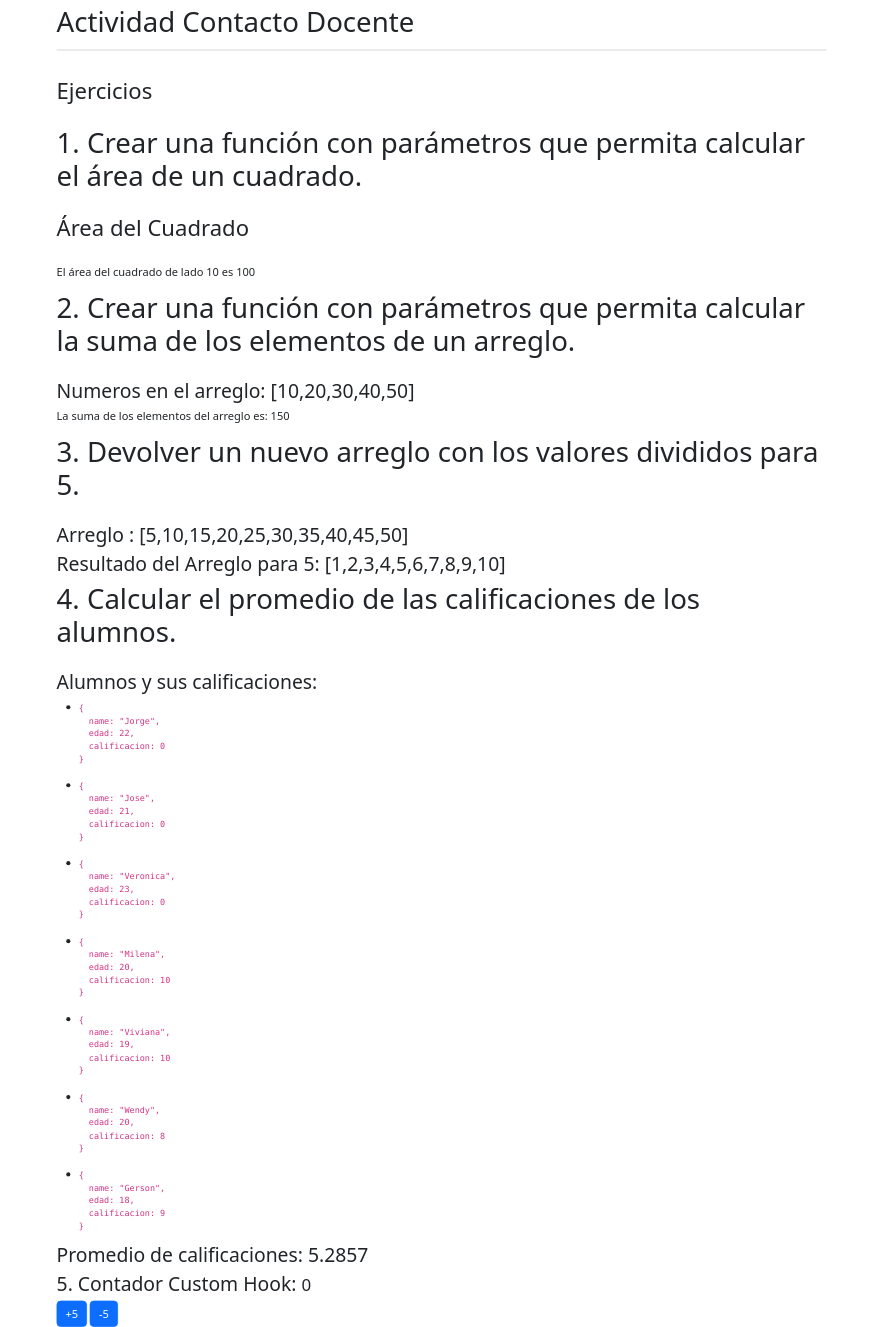
Repository: Jchimbo99/Actvidad1
Page: / (app in typescript-actividad/)
These files come from the project's save history. The page is drawn as it stood at one moment and after a run of saves; the edit follows.
The browser window is 1280 px wide. The pictures show the whole page, at 69% of full size.
The project was rebuilt for these pictures with package versions that can differ from the ones it lists, and the page was loaded fresh each time. Also part of the build but not shown: typescript-actividad/vite.config.ts.

Above is the page before, as saved 2025-01-24 17:55:01.

### typescript-actividad/index.html
<!doctype html>
<html lang="en">
  <head>
    <meta charset="UTF-8" />
    <link rel="icon" type="image/svg+xml" href="/vite.svg" />
    <meta name="viewport" content="width=device-width, initial-scale=1.0" />
    <link href="https://cdn.jsdelivr.net/npm/bootstrap@5.3.3/dist/css/bootstrap.min.css" rel="stylesheet" integrity="sha384-QWTKZyjpPEjISv5WaRU9OFeRpok6YctnYmDr5pNlyT2bRjXh0JMhjY6hW+ALEwIH" crossorigin="anonymous">

    <title>Activididad Jch</title>
  </head>
  <body class="container">
    <div id="root"></div>
    <script type="module" src="/src/main.tsx"></script>
  </body>
</html>

### typescript-actividad/src/App.tsx
import { ContadorCustomHook } from "./components/ContadorCustomHook";
import { AreaCuadrado } from "./typescript/AreaCuadrado";
import { SumaArreglo } from "./typescript/Arreglo";
import { ArreglosDivision } from "./typescript/ArreglosDivision";
import { PromedioCalificaciones } from "./typescript/PromedioCalificaciones";

export const App = () => {
  return (

    <div className="mt-2">
      <h1>Actividad Contacto Docente</h1>
      <hr />
      <br />
      <h2>Ejercicios</h2>
      <br />

      <AreaCuadrado/>

      <SumaArreglo/>
      <ArreglosDivision/>
      <PromedioCalificaciones/>
      <ContadorCustomHook/>
      </div>
  )
}


export default App;

### typescript-actividad/src/components/ContadorCustomHook.tsx
import { useCounter } from "../hooks/useCounter";

export const ContadorCustomHook = () => {

    //lamar custohok

    const {valor, contador}=useCounter(0);


return (
    <div>
    <h3>5. Contador Custom Hook: <small>{valor}</small>
    </h3>
    <button
        className="btn btn-primary"
        onClick={() => contador(5)}>+5
    </button>
    &nbsp;

    <button
        className="btn btn-primary"
        onClick={() => contador(-5)}>-5
    </button>
    &nbsp;
    </div>
);
};

### typescript-actividad/src/typescript/AreaCuadrado.tsx
export const AreaCuadrado = () => {
    const lado = 10;
    const area = lado * lado;

    return (
        <div>

            <h1>1.	Crear una función con parámetros que permita calcular el área de un cuadrado.</h1>
            <br />
            <h2>Área del Cuadrado</h2>
            <br />
            <p>El área del cuadrado de lado {lado} es {area}</p>

        </div>
    );
}

### typescript-actividad/src/typescript/Arreglo.tsx
export const SumaArreglo = () => {

    const numeros = [10, 20, 30, 40, 50];

    const calcularSuma = (numeros: number[]): number => {
        return numeros.reduce((total, numero) => total + numero, 0);
    }

    const totalSuma = calcularSuma(numeros);

    return (
        <div>
            <h1>2. Crear una función con parámetros que permita calcular la suma de los elementos de un arreglo.</h1>
            <br />
            <h3>Numeros en el arreglo: {JSON.stringify(numeros)}</h3>
            <p>La suma de los elementos del arreglo es: {totalSuma}</p>
        </div>
    );
}

### typescript-actividad/src/typescript/ArreglosDivision.tsx
export const ArreglosDivision = () => {
    const arreglo = [5, 10, 15, 20, 25, 30, 35, 40, 45, 50];

    const arregloDividido = arreglo.map((valor) => valor / 5);

    return (
        <div>
            <h1>3. Devolver un nuevo arreglo con los valores divididos para 5.</h1>
            <br />
            <h3>Arreglo : {JSON.stringify(arreglo)}</h3>
            <h3>Resultado del Arreglo para  5: {JSON.stringify(arregloDividido)}</h3>
        </div>
    );
}

### typescript-actividad/src/typescript/PromedioCalificaciones.tsx
interface Alumnos {
    name: string;
    edad: number;
    calificacion: number;
}

export const PromedioCalificaciones = () => {
    const alumnos: Alumnos[] = [
        {
            name: "Jorge",
            edad: 22,
            calificacion: 0,
        },
        {
            name: "Jose",
            edad: 21,
            calificacion: 0,
        },
        {
            name: "Veronica",
            edad: 23,
            calificacion: 0,
        },
        {
            name: "Milena",
            edad: 20,
            calificacion: 10,
        },
        {
            name: "Viviana",
            edad: 19,
            calificacion: 10,
        },
        {
            name: "Wendy",
            edad: 20,
            calificacion: 8,
        },
        {
            name: "Gerson",
            edad: 18,
            calificacion: 9,
        },
    ];

    // Función para calcular el promedio de las calificaciones
    const calcularPromedio = (alumnos: Alumnos[]): number => {
        const sumaCalificaciones = alumnos.reduce((total, alumno) => total + alumno.calificacion, 0);
        return sumaCalificaciones / alumnos.length;
    };

    const promedio = calcularPromedio(alumnos);

    return (
        <div>
            <h1>4. Calcular el promedio de las calificaciones de los alumnos.</h1>
            <br />
            <h3>Alumnos y sus calificaciones:</h3>
            <ul>
                {alumnos.map((alumno) => (
                    <li key={alumno.name}>
                        <code>
                            <pre>{`{\n  name: "${alumno.name}",\n  edad: ${alumno.edad},\n  calificacion: ${alumno.calificacion}\n}`}</pre>
                        </code>
                    </li>
                ))}
            </ul>
            <h3>Promedio de calificaciones: {Number(promedio.toFixed(4))}</h3>

        </div>
    );
};

### typescript-actividad/src/hooks/useCounter.tsx
import { useState } from "react";

export const useCounter = (inicial: number = 0) => {


    const [valor, setValor] = useState<number>(inicial);


    const contador = (numero: number): void => {
        setValor(valor + numero);
    }
return{
    valor,
    contador
}

}

Loaded but not shown: typescript-actividad/src/main.tsx (common file)

After the next 4 saves:
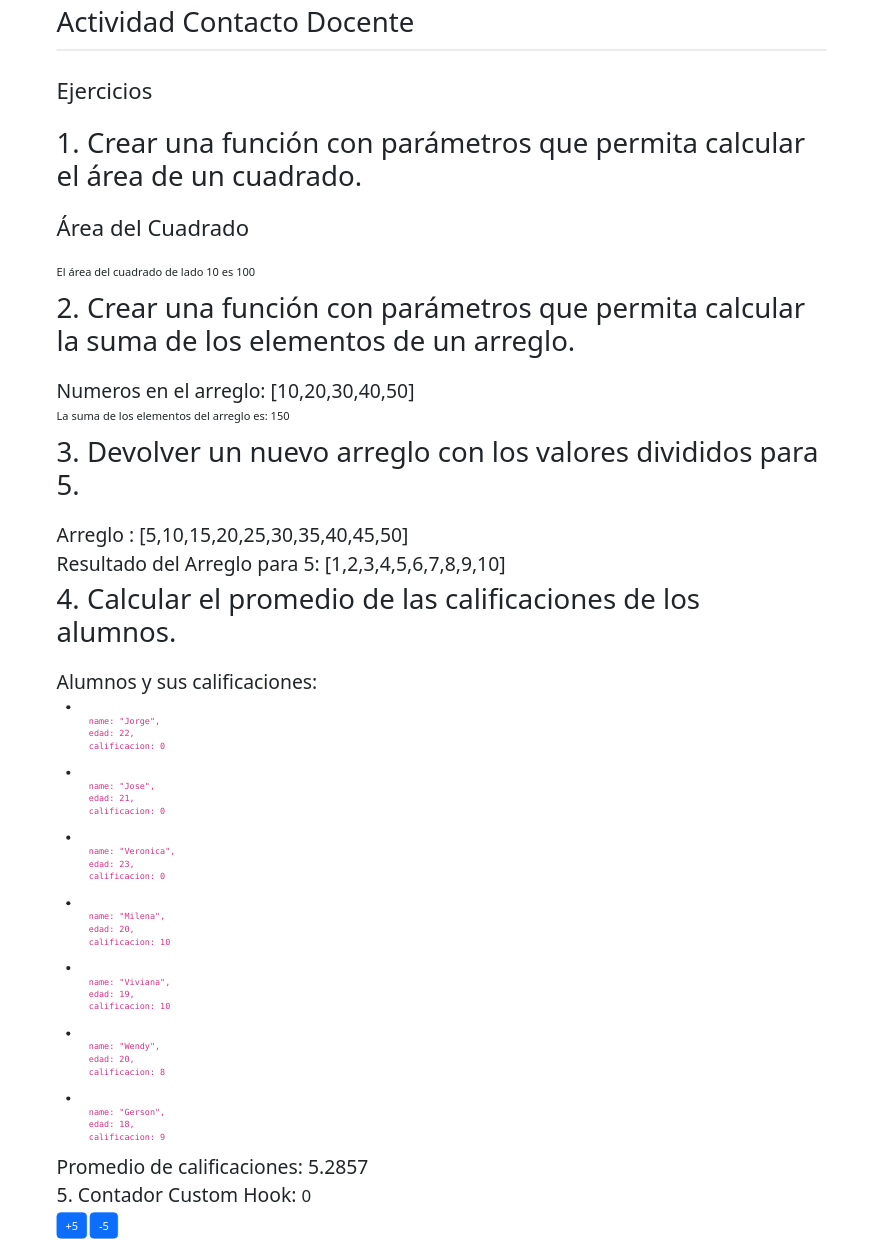
The 4 saves are shown as one change because they came seconds apart.
The last was saved 2 min 36 s later.
--- a/typescript-actividad/src/typescript/PromedioCalificaciones.tsx
+++ b/typescript-actividad/src/typescript/PromedioCalificaciones.tsx
@@ -60,7 +60,7 @@ export const PromedioCalificaciones = () => {
                 {alumnos.map((alumno) => (
                     <li key={alumno.name}>
                         <code>
-                            <pre>{`{\n  name: "${alumno.name}",\n  edad: ${alumno.edad},\n  calificacion: ${alumno.calificacion}\n}`}</pre>
+                            <pre>{`\n  name: "${alumno.name}",\n  edad: ${alumno.edad},\n  calificacion: ${alumno.calificacion}\n`}</pre>
                         </code>
                     </li>
                 ))}
